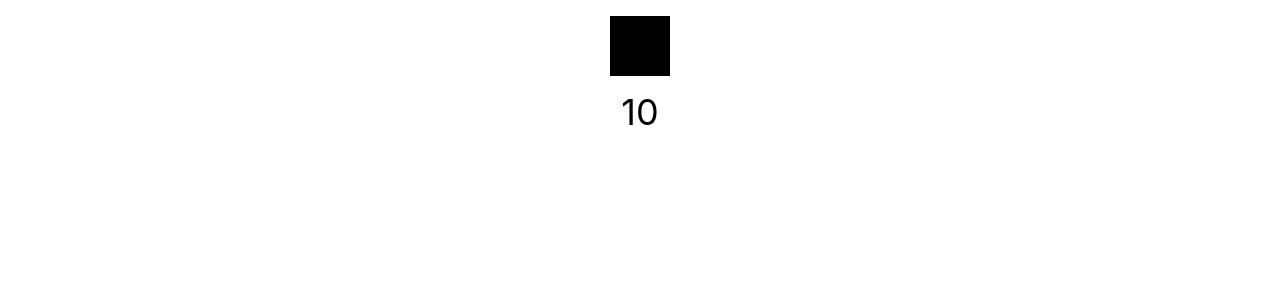
Repository: michalgornicki/number-generator
Page: /, after clicking the first element matching `div.button`
An editor plug-in stored every save of this project. The page is shown before and after a run of saves, followed by the edit.
The browser window is 1280 px wide. The pictures show the whole page.
The project was rebuilt for these pictures with package versions that can differ from the ones it lists, and the page was loaded fresh each time.

Above is the page before, as saved 2021-12-03 13:33:55.

After the next 2 saves:
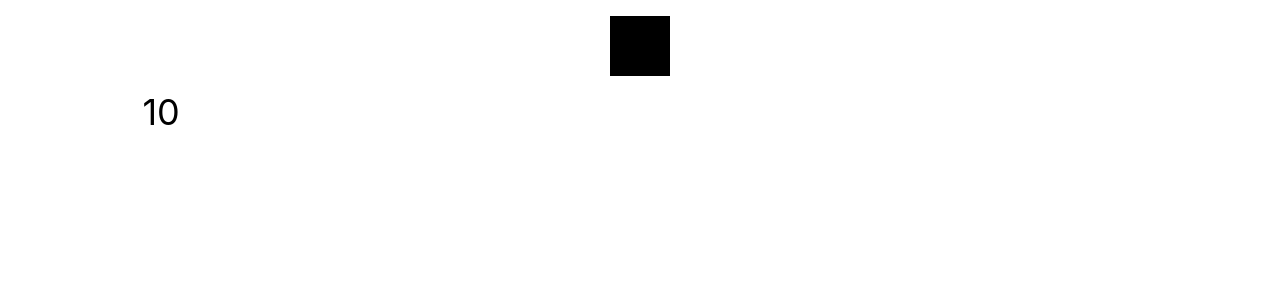
The 2 saves are shown as one change because they came seconds apart.
The last was saved 23 s later.
--- a/src/App.css
+++ b/src/App.css
@@ -12,6 +12,7 @@
     margin: auto;
     text-align: center;
     width: fit-content;
+    width: 80%;
 }
 
 .map-item{
